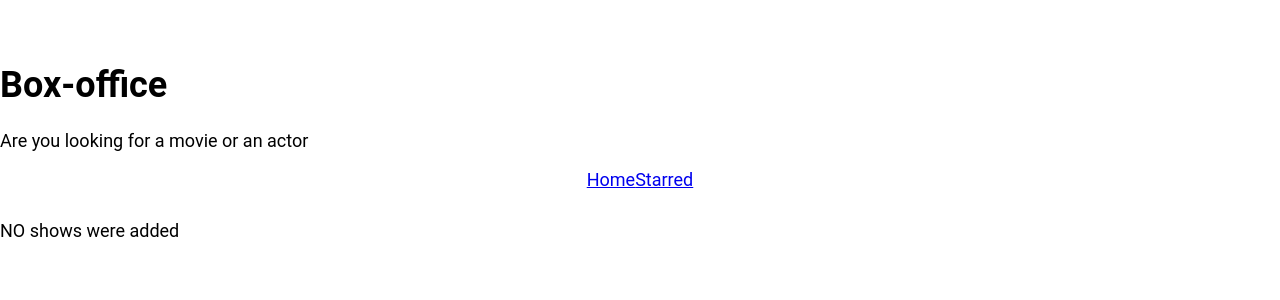
Repository: shivani5634/box-office
Page: /starred
An editor plug-in stored every save of this project. The page is shown before and after the next save, followed by the edit.
The browser window is 1280 px wide. The pictures show the whole page.
The project was rebuilt for these pictures with package versions that can differ from the ones it lists, and the page was loaded fresh each time. A package was used in the major version that the imports need, not the one package.json lists. Also part of the build but not shown: src/components/show/Cast.styled.js, src/components/show/Cast.js, src/components/show/Detailed.styled.js, src/components/show/Details.js, src/components/show/Seasons.styled.js, src/components/show/Seasons.js, src/components/styled.js, src/components/show/ShowMainData.styled.js and 6 more. Imported but missing from the stored project, and not drawn on this page: src/pages/Home.

Above is the page before, as saved 2021-07-29 17:57:52.

After the next save:
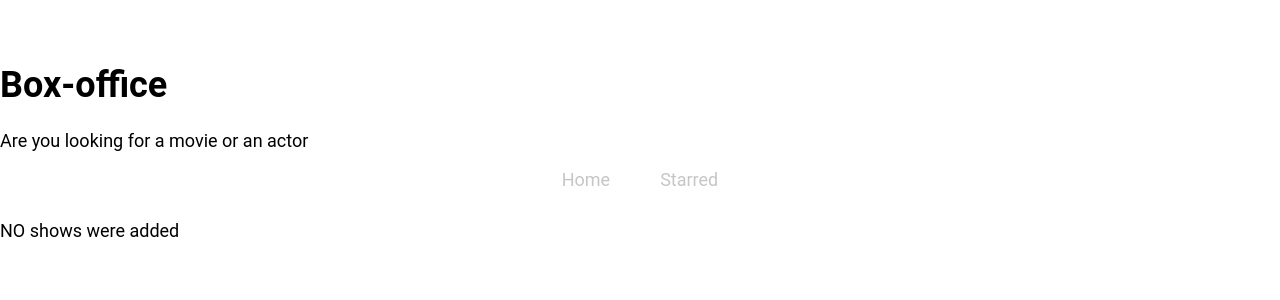
Saved 21 s later.
--- a/src/components/Navs.js
+++ b/src/components/Navs.js
@@ -13,7 +13,7 @@ const Navs = () => {
       <NavList>
         {LINKS.map(items => (
           <li key={items.to}>
-            <Link to={items.to}>{items.text}</Link>
+            <LinkStyled to={items.to}>{items.text}</LinkStyled>
           </li>
         ))}
       </NavList>
